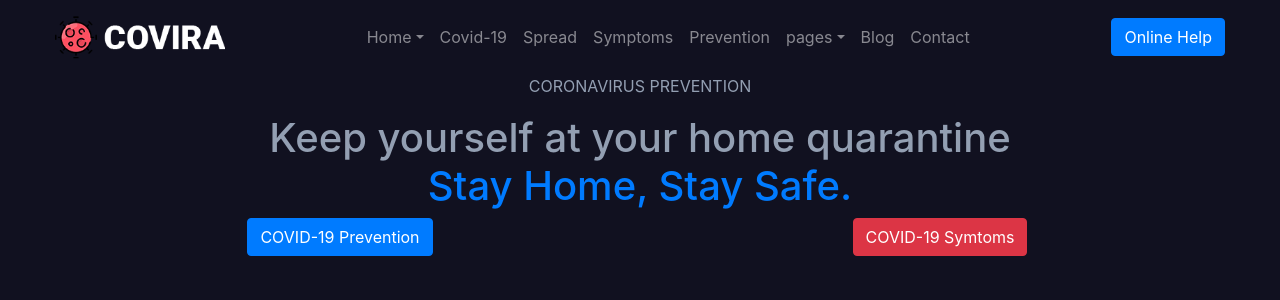
Repository: sitikhusushan/corona_updates
Page: index.html
These files come from the project's save history. The page is drawn as it stood at one moment and after the next save; the edit follows.
The browser window is 1280 px wide. The pictures show the whole page.

Above is the page before, as saved 2020-06-04 21:13:07.

After the next save:
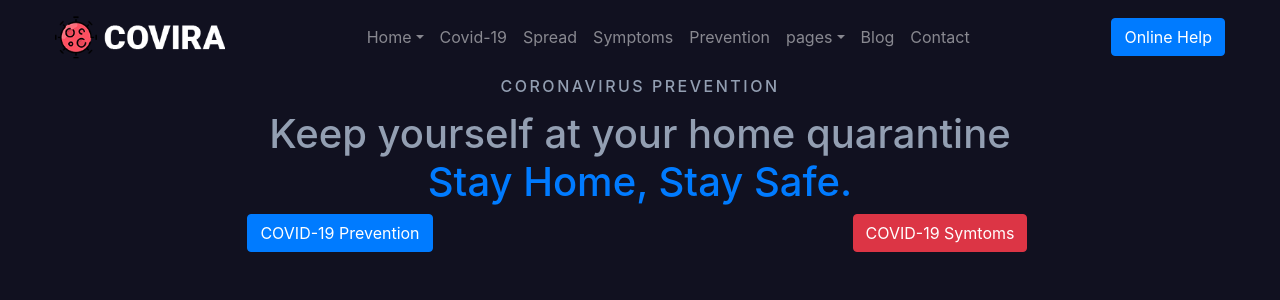
Saved 2 min 6 s later.
--- a/style.css
+++ b/style.css
@@ -14,6 +14,14 @@ nav .container .logo img {
 .banner {
   height: 100%;
   text-align: center;
+}
+
+.pre {
+  font-weight: 500;
+  line-height: 1;
+  letter-spacing: 2.5px;
+  display: inline-block;
+  border-radius: 10px;
 }
 
 @font-face {
